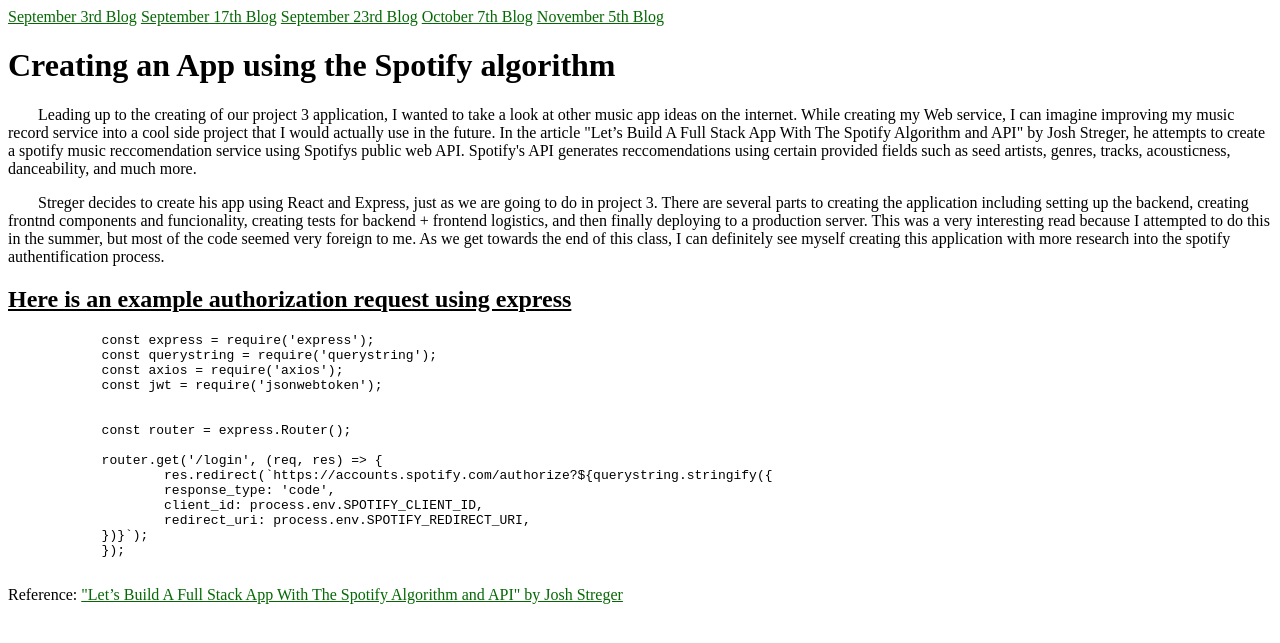
Repository: alharama/WebBlog
Page: Nov_5.html
The author's editor kept a copy of each file at every save. The page is drawn from the files as they stood at one save, then again after the next save.
The browser window is 1280 px wide. The pictures show the whole page.

Above is the page before, as saved 2021-11-03 22:58:23.

After the next save:
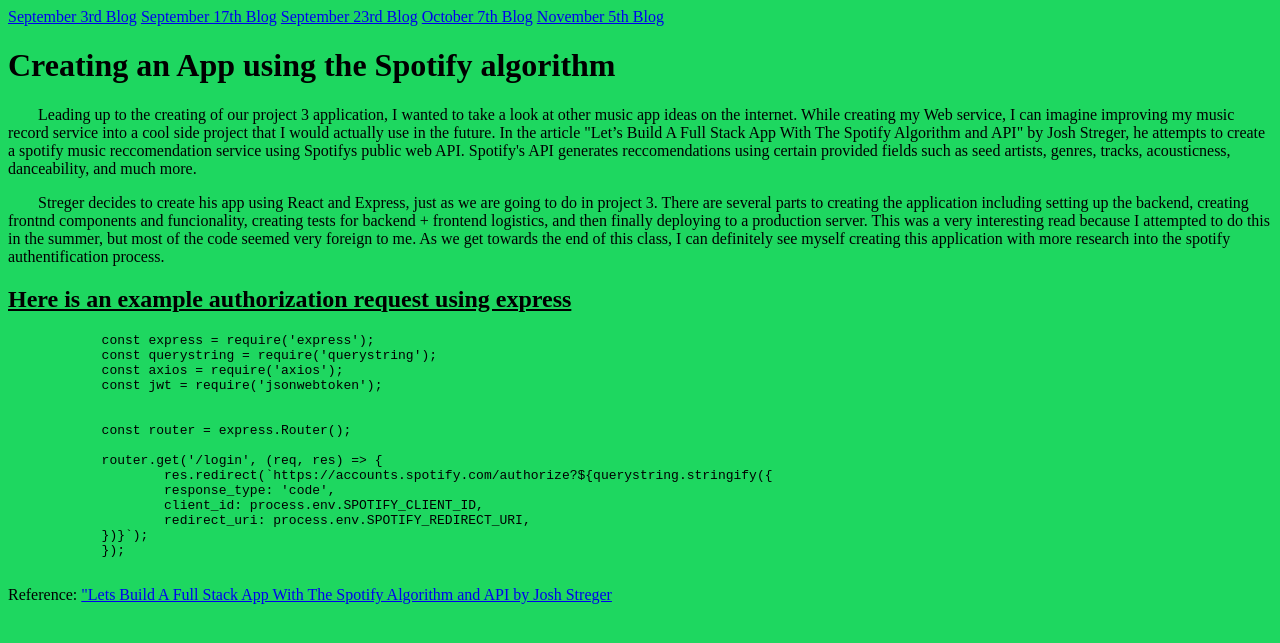
Saved 2 min 33 s later.
--- a/Nov_5.html
+++ b/Nov_5.html
@@ -13,16 +13,13 @@
       h2 {
         text-decoration: underline;
       }
-      a {
-        text-decoration: underline;
-        color: rgb(5, 104, 5);
-      }
-      a:visited {
-        text-decoration: none;
-      }
 
       #writeup {
         text-indent: 30px;
+      }
+
+      body {
+        background-color: rgb(30 215 96);
       }
     </style>
   </head>
@@ -80,7 +77,7 @@
       href="https://javascript.plainenglish.io/accessing-the-spotifyalgorithm-full-stack-application-tutorial-part-1-792a2c0ff13"
       target="_blank"
     >
-      "Let’s Build A Full Stack App With The Spotify Algorithm and API" by Josh
+      "Lets Build A Full Stack App With The Spotify Algorithm and API by Josh
       Streger</a
     >
   </body>
